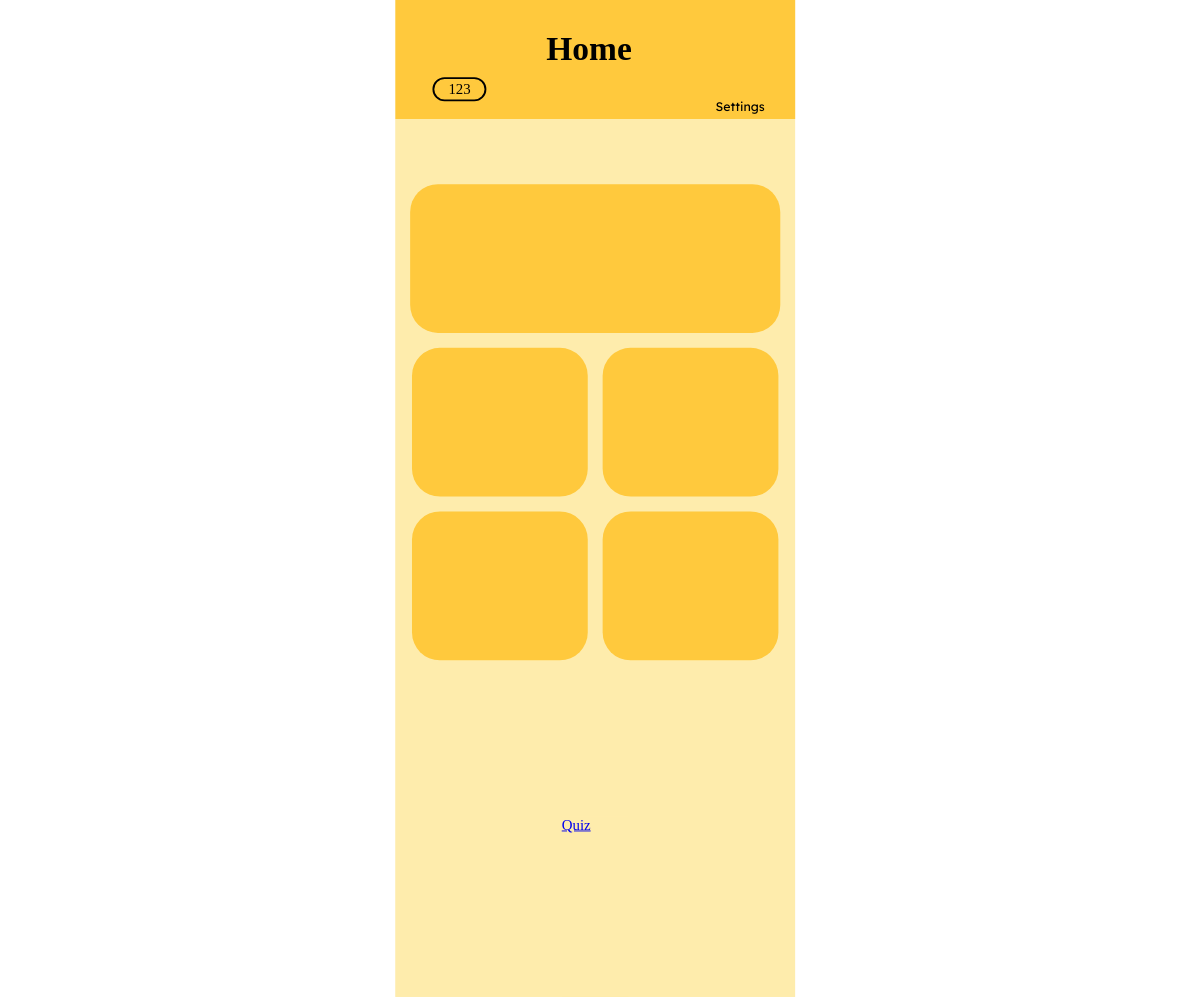
Repository: kellyzyhuang/HiveFive
Page: /
These files come from the project's save history. The page is drawn as it stood at one moment and after the next save; the edit follows.
The browser window is 1280 px wide. The page is 1282 px wide, so the pictures cover 1282 px, including what lies to the right of the window. The pictures show the whole page, at 93% of full size.
Some web fonts or font styles are not loaded; a fallback is used. The project was rebuilt for these pictures with package versions that can differ from the ones it lists, and the page was loaded fresh each time. The framework's server and built-in components were replaced by stand-ins that run in the browser. Also part of the build but not shown: next.config.js.

Above is the page before, as saved 2024-04-07 19:42:29.

### pages/index.js
import Head from 'next/head'
import Image from 'next/image'
import styles from '@/styles/Home.module.css'
import Header from '@/components/Header';
import NavBar from '@/components/NavBar';
export default function Home() {
  return (
    <>
      <Head>
        <title>Hive Five</title>
        <meta name="description" content="Save the bees one question at a time" />
        <meta name="viewport" content="width=device-width, initial-scale=1" />
        <link rel="icon" href="/favicon.ico" />
        <link rel="preconnect" href="https://fonts.googleapis.com"/>
        <link rel="preconnect" href="https://fonts.gstatic.com" crossorigin/>
        <link href="https://fonts.googleapis.com/css2?family=Besley:ital,wght@0,400..900;1,400..900&family=Lexend:wght@100..900&display=swap" rel="stylesheet"></link>
      </Head>
      <main className={styles.main}>
        <div className={styles.screen}>
          <Header title="Home"/>
          <div className={styles.buffer}></div>
            <img/>
            <div className={styles.activityGraph}></div>
            <div className={styles.gallery}>
              <div className={styles.item}></div>
              <div className={styles.item}></div>
              <div className={styles.item}></div>
              <div className={styles.item}></div>
            </div>
            <NavBar className={styles.nav}/>
        </div>
      </main>
    </>
  )
}

### styles/globals.css
:root {
  --secondary-color: #FEECAC;
  --accent-color: #FFC93D;
  --tertiary-color: #4D6A58;
  --black-text: #0000;
  --incorrect: #851313;
  --correct: #1E3E19;
  --shadow: #D5D1A7;
}

### styles/Home.module.css
.main {
  display: flex;
  justify-content: center;
  background-color: var(--black-text);
  min-height: 100vh;
  margin: -10px;
}

.screen {
  width: 430px;
  height: 100%;
  background-color: var(--secondary-color);
  display: flex;
  justify-content: center;
  flex-wrap: wrap;
}

.buffer{
  height: 10rem;
  width: 100%;
}

.screen img {
  background-color: var(--accent-color);
  width: 100%;
  border-radius: 30px;
  margin: 1rem;
}

.activityGraph {
  width: 100%;
  border-radius: 30px;
  height: 10rem;
  background-color: var(--accent-color);
  margin: 0.5rem 1rem;
}

.gallery {
  display: flex;
  flex-wrap: wrap;
  justify-content: center;
  width: 100%;
  margin-bottom: 10rem;
}

.item {
  width: 44%;
  height: 10rem;
  background-color: var(--accent-color);
  border-radius: 30px;
  margin: 0.5rem;
}

.nav {
  background-color: var(--accent-color);
  height: 9rem;
  width: 430px;
  position: fixed;
  bottom: 0;
  z-index: 1000;
}

### components/Header/index.js
import styles from './Header.module.css';
import Image from 'next/image';
import Link from 'next/link';

export default function Header({ title }) {
  return(
    <header className={styles.header}>
      {/* <Image src="/images/bee.png" alt="bee icon" width={1} height={1}/>  */}
      {/* exit button will be here */}
      <ul className={styles.list}>
        <li className={styles.listItem}>
          <div className={styles.counter}>123</div>
        </li>
        <li className={styles.listItem}>
          <h1 className={styles.pageTitle}>{title}</h1>
        </li>
        <li className={styles.listItem}>
          <button className={styles.settings}><Link href="/Settings"><Image className={styles.settingsImg}/>Settings</Link></button>
        </li>
      </ul>
    </header>
  )
}

### components/NavBar/index.js
import styles from "./NavBar.module.css";
import Images from "next/Images";

export default function NavBar(){
    return(
        <nav className={styles.navBar}>
            <a href={"/"}>Quiz</a> {/* will change to icon*/}
            <div className={styles.navMenu}>{/* will add */}
            <ul className={styles.navList}>
                <li className={styles.activity}>
                    <a href={"/"}>
                        <img/>
                        <span className={styles.label}></span>
                    </a>
                </li>
                <li className={styles.learnMore}>
                    <a href={"/"}>
                        <img/>
                        <span className={styles.label}></span>
                    </a>
                </li>
                <li className={styles.settings}>
                    <a href="/">
                        <img/>
                        <span className={styles.label}></span>
                    </a>
                </li>
                <li className={styles.home}>
                    <a href={"/"}>
                        <img/>
                        <span className={styles.label}></span>
                    </a>
                </li>
            </ul>
            </div>
        </nav>
    )
}

### components/Header/Header.module.css
.header {
  background-color: var(--accent-color);
  height: 8rem;
  width: 430px;
  position: fixed;
  top: 0;
  z-index: 1000;
  display: flex;
}

.list {
  list-style-type: none;
  display: flex;
  justify-content: space-between;
  align-items: center;
}

.pageTitle {
  font-size: 2.25rem;
  width: 100%;
  position: fixed;
  top: 1%;
  font-family: 'Besley', serif;
}

.counter {
  border: 2px solid black;
  width: 3rem;
  height: 1rem;
  padding: 0.2rem;
  margin-right: 4rem;
  border-radius: 20px;
  background-color: none;
  display: flex;
  justify-content: center;
  align-items: center;
  margin-top: 4rem;
}

.settings {
  transform: translate(11rem);
  margin-top: 4rem;
  margin-right: 15rem;
  background-color: inherit;
  border: none;
  font-family: 'Lexend', sans-serif;
}

.settings a{
  color: black;
  text-decoration: none;
}

### components/NavBar/NavBar.module.css
.navBar{
    background-color: var(--secondary-color);
    color: var(--black-text);
}

Loaded but not shown: pages/_app.js (common file); pages/_document.js (common file)

After the next save:
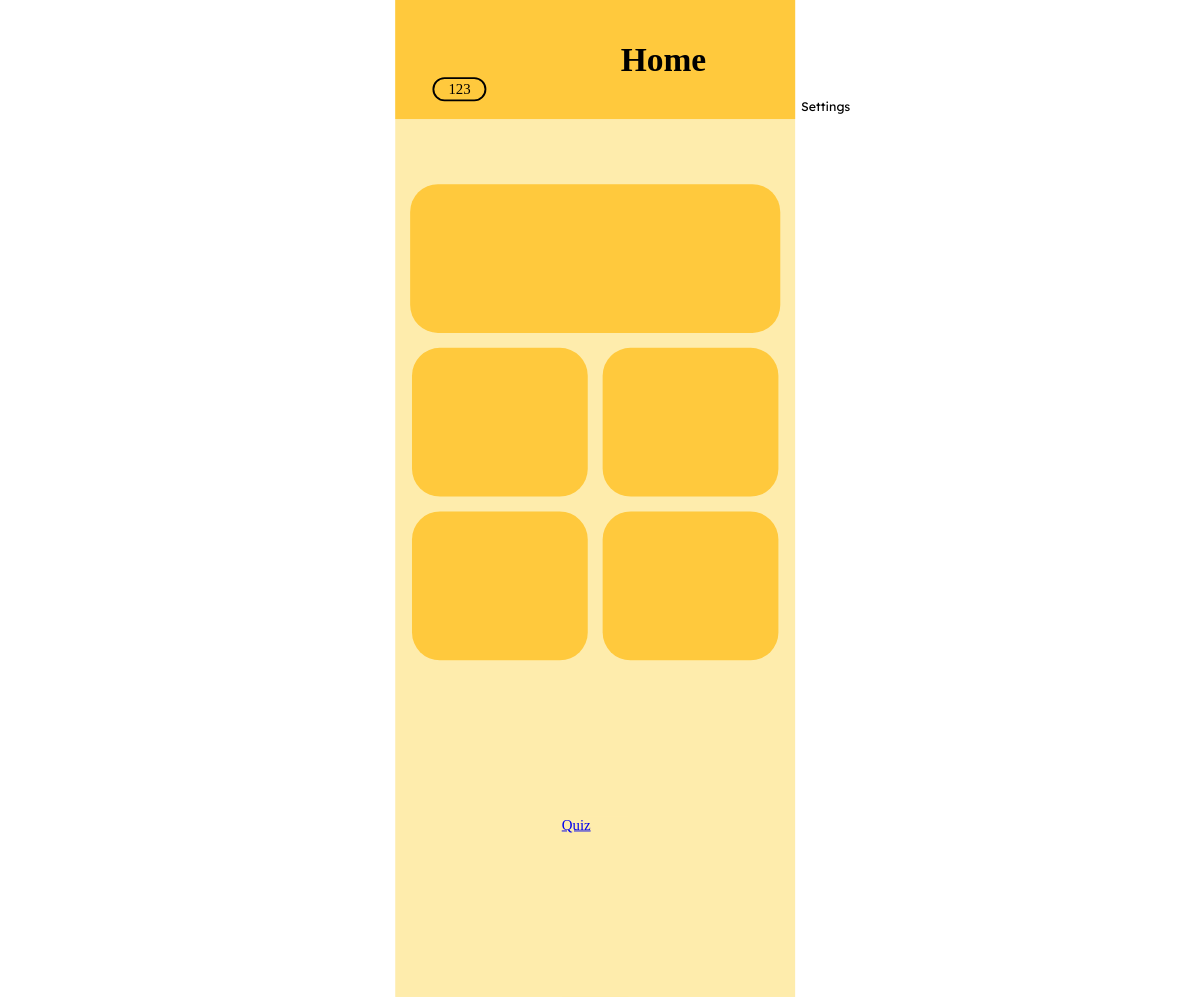
Saved 22 s later.
--- a/components/Header/Header.module.css
+++ b/components/Header/Header.module.css
@@ -18,8 +18,7 @@
 .pageTitle {
   font-size: 2.25rem;
   width: 100%;
-  position: fixed;
-  top: 1%;
+  transform: translate(5rem);
   font-family: 'Besley', serif;
 }
 
